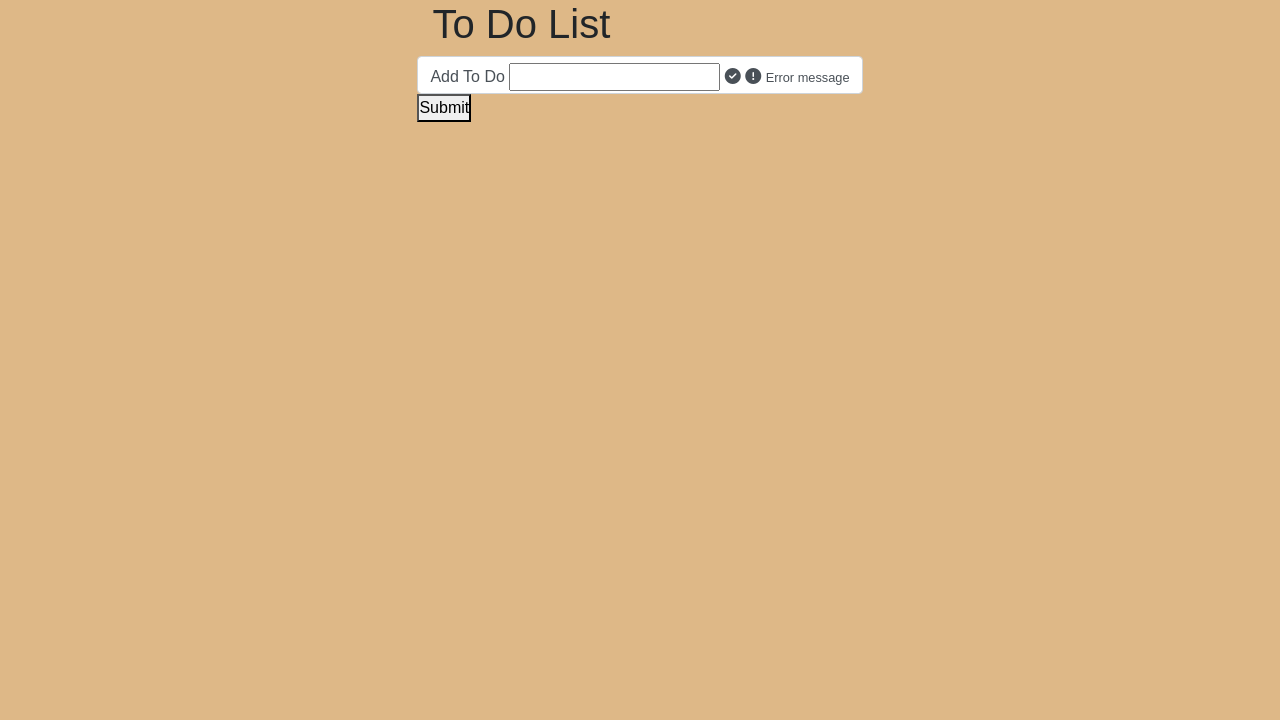
Repository: skepp4rn/todolist
Page: index.html
These files come from the project's save history. The page is drawn as it stood at one moment and after the next save; the edit follows.
The browser window is 1280 px wide. The pictures show the whole page.
The page's requests for data from a server got no answer. Some web libraries are served in a nearby version.

Above is the page before, as saved 2021-01-28 11:34:40.

### index.html
<!DOCTYPE html>
<html lang="sv">
<head>
    <meta charset="UTF-8">
    <meta name="viewport" content="width=device-width, initial-scale=1.0">

    <script src="https://kit.fontawesome.com/ef4c0722a8.js" crossorigin="anonymous"></script>
    <link rel="stylesheet" href="https://cdn.jsdelivr.net/npm/bootstrap@4.5.3/dist/css/bootstrap.min.css" integrity="sha384-TX8t27EcRE3e/ihU7zmQxVncDAy5uIKz4rEkgIXeMed4M0jlfIDPvg6uqKI2xXr2" crossorigin="anonymous">
    <link rel="stylesheet" href="css/style.css">

    <title>Todo</title>
</head>
<body>
    <div class="container">
            <h1>To Do List</h1>
        </div>

        <form class="form" id="form">
            <div class="form-control">
                <label>Add To Do</label>
                <input type="text" id="addToDo">
                <i class="fas fa-check-circle"></i>
                <i class="fas fa-exclamation-circle"></i>
                <small>Error message</small>
            </div>

            <button id="subbtn">Submit</button>
        </form>
    </div>

    <div class="container2">
        <div id="list"></div>
    </div>

    <script src="https://code.jquery.com/jquery-3.5.1.slim.min.js" integrity="sha384-DfXdz2htPH0lsSSs5nCTpuj/zy4C+OGpamoFVy38MVBnE+IbbVYUew+OrCXaRkfj" crossorigin="anonymous"></script>
    <script src="https://cdn.jsdelivr.net/npm/bootstrap@4.5.3/dist/js/bootstrap.bundle.min.js" integrity="sha384-ho+j7jyWK8fNQe+A12Hb8AhRq26LrZ/JpcUGGOn+Y7RsweNrtN/tE3MoK7ZeZDyx" crossorigin="anonymous"></script>
    <script src="https://cdnjs.cloudflare.com/ajax/libs/uuid/8.1.0/uuidv4.min.js"></script>
    <script src="script.js"></script>
</body>

### css/style.css
*{
    box-sizing: border-box;
    margin: 0;
    padding: 0;
}

body {
    background-color: burlywood;
    font-family: Arial, Helvetica, sans-serif;
    display: grid;
    justify-content: center;
}

### script.js
let ToDo = [];
let addToDos = document.getElementById('addToDo');
let form = document.getElementById('form');
let check = false;
let subbtn = document.getElementById('subbtn');
let list = document.querySelector('#list');
const fetchTodos = () => {
    fetch('https://jsonplaceholder.typicode.com/todos?_start20=&_limit=10')
    .then(res => res.json())
    .then(data => {
      ToDo = data;
      listelement(ToDo);
    })
}
fetchTodos();

const listelement = (ToDo) => {
    list.innerHTML = '';
    ToDo.forEach(todo => {
        list.innerHTML += newTodo(todo);
    })
    console.log(ToDo);
}

const newTodo = todo => {

    let template = todo.completed ? `
    <div id="${todo.id}" class="todoinput completed">
        <div class="todobox">
          <h3 class="title">${todo.title}</h3>
            <div class="knappar">
                <button class="fas fa-undo"></button>
                <button class="fas fa-trash"></button>
            </div>
        </div>
    </div>
    `
    : `
    <div id="${todo.id}" class="todoinput">
        <div class="todobox">
            <h3 class="title">${todo.title}</h3>
            <button class="done">Done</button>
        </div>
    </div>
    `
    return template
  }


  const createTodo = (title) => {

    fetch('https://jsonplaceholder.typicode.com/todos',{
      method: 'POST',
      headers: {
        'Content-type': 'application/json; charset=UTF-8'
      },
      body: JSON.stringify({
        title,
        completed: false
      })
    })
    .then(res => res.json())
    .then(data => {
        let _todo = {
            title: data.title,
            completed: data.completed,
            id: uuidv4()
        }
      console.log(data)
      ToDo.unshift(_todo);
      listelement(ToDo);
    })
}

form.addEventListener('submit', (e) => {
    e.preventDefault();

    checkInputs();

    if(check == true) {
        removeinput(addToDos);

        createTodo(addToDos.value)
        listelement(ToDo);

        addToDos.value = '';
    }
});

function checkInputs() {
    let addToDosValue = addToDos.value.trim();

    if(addToDosValue === ``) {
    setErrorFor(addToDos, `To Do cannot be blank`);

    } else {
        setSuccessFor(addToDos);
    }
}

function setErrorFor(input, message) {
    let formControl = input.parentElement;
    let small = formControl.querySelector('small');
    small.innerText = message;
    formControl.className = 'form-control error';
    check = false;
}

function setSuccessFor(input) {
    let formControl = input.parentElement;
    formControl.className = 'form-control success';
    check = true;
}

function removeinput(input) {
    let formControl = input.parentElement;
    formControl.className = 'form-control';
}

list.addEventListener('click', (e) => {
    if(e.target.classList.contains('done')) {
        complete(e.target.parentNode.parentNode.id)
    }
    else if(e.target.classList.contains('fa-undo')) {
        complete(e.target.parentNode.parentNode.parentNode.id)
    }
})

function complete(id) {
    ToDo.map(todo => {
        if(todo.id == id){
            todo.completed = !todo.completed
        }
        return todo
    })
    listelement(ToDo)
}

list.addEventListener('click', (e) => {

    if(e.target.classList.contains('fa-trash')) {
        ToDo = ToDo.filter(removetodo => removetodo.id != e.target.parentNode.parentNode.parentNode.id)
        listelement(ToDo)
    }
});

After the next save:
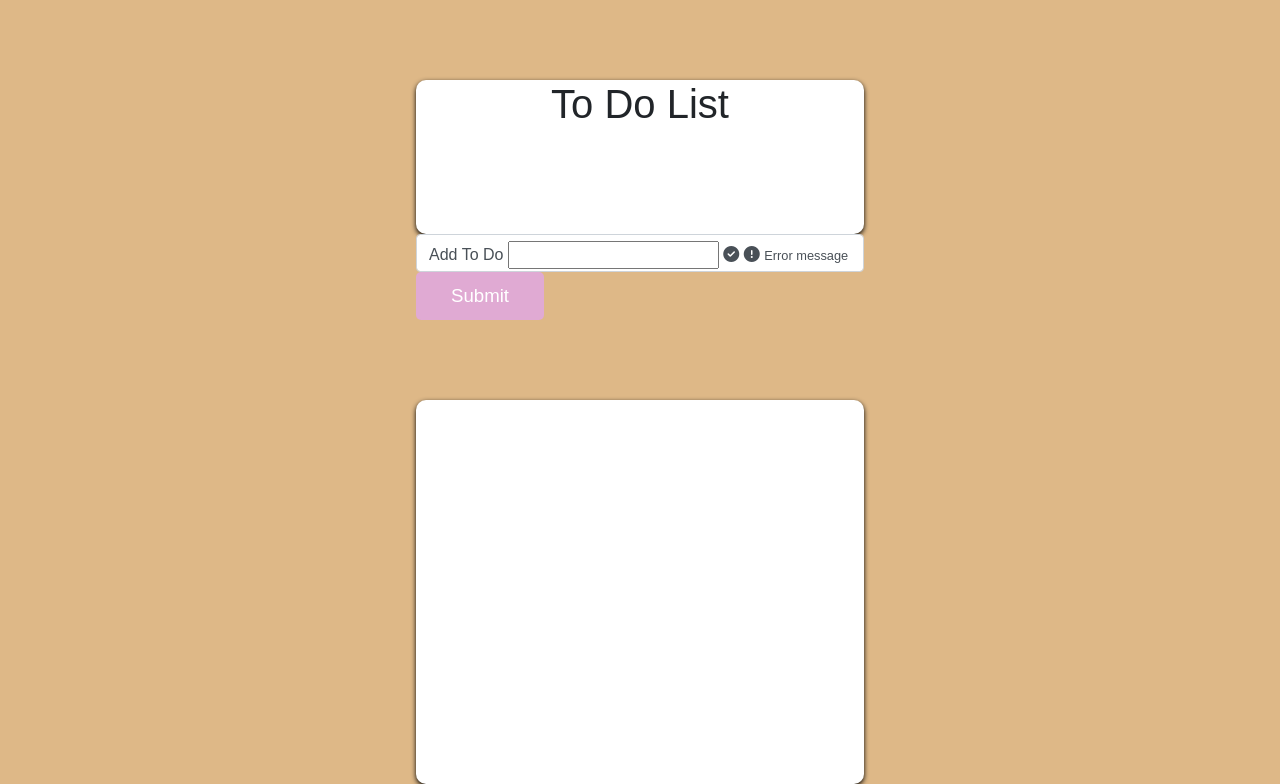
Saved 49 s later.
--- a/css/style.css
+++ b/css/style.css
@@ -10,3 +10,101 @@ body {
     display: grid;
     justify-content: center;
 }
+
+.container {
+    width: 35vw;
+    display: grid;
+    justify-content: center;
+    background-color: #ffffff;
+    border-radius: 10px;
+    margin-top: 5rem;
+    padding-bottom: 2rem;
+    height: 12vw;
+    box-shadow: 0 2px 5px black;
+}
+
+.container2 {
+    width: 35vw;
+    display: grid;
+    justify-content: center;
+    background-color: #ffffff;
+    border-radius: 10px;
+    margin-top: 5rem;
+    padding-bottom: 2rem;
+    height: 30vw;
+    overflow-y: auto;
+    box-shadow: 0 2px 5px black;
+}
+
+#rubrik {
+    margin-top: 2rem;
+    text-align: center;
+}
+
+#subbtn {
+    border: none;
+    border-radius: 5px;
+    padding: 0.5rem;
+    background-color: #e0aad3;
+    color: #ffffff;
+    font-family: inherit;
+    font-size: 14pt;
+    width: 8rem;
+    height: 3rem;
+    align-self: center;
+}
+
+.todobox {
+    padding-top: 2rem;
+    padding-bottom: 2rem;
+    border-bottom: 2px solid #e0aad3;
+    width: 30vw;
+    display: grid;
+    grid-template-columns: 5fr 1fr;
+    align-items: center;
+}
+
+.knappar {
+    display: grid;
+    gap: 2rem;
+}
+
+.todoinput {
+    display: flex;
+    align-items: center;
+}
+
+.fa-trash {
+    padding: 0.5rem;
+    border: none;
+    border-radius: 5px;
+    color: #ffffff;
+    background-color: red;
+    width: 5rem;
+}
+
+.fa-undo {
+    padding: 0.5rem;
+    border: none;
+    border-radius: 5px;
+    color: #ffffff;
+    background-color: #e0aad3;
+    width: 5rem;
+}
+
+.done {
+    border: none;
+    border-radius: 5px;
+    padding: 0.5rem;
+    background-color: #e0aad3;
+    color: #ffffff;
+    font-family: inherit;
+    font-size: 14pt;
+    width: 5rem;
+    height: 3rem;
+}
+
+.completed {
+    background: rgb(190, 255, 190);
+    border-radius: 50px;
+}
